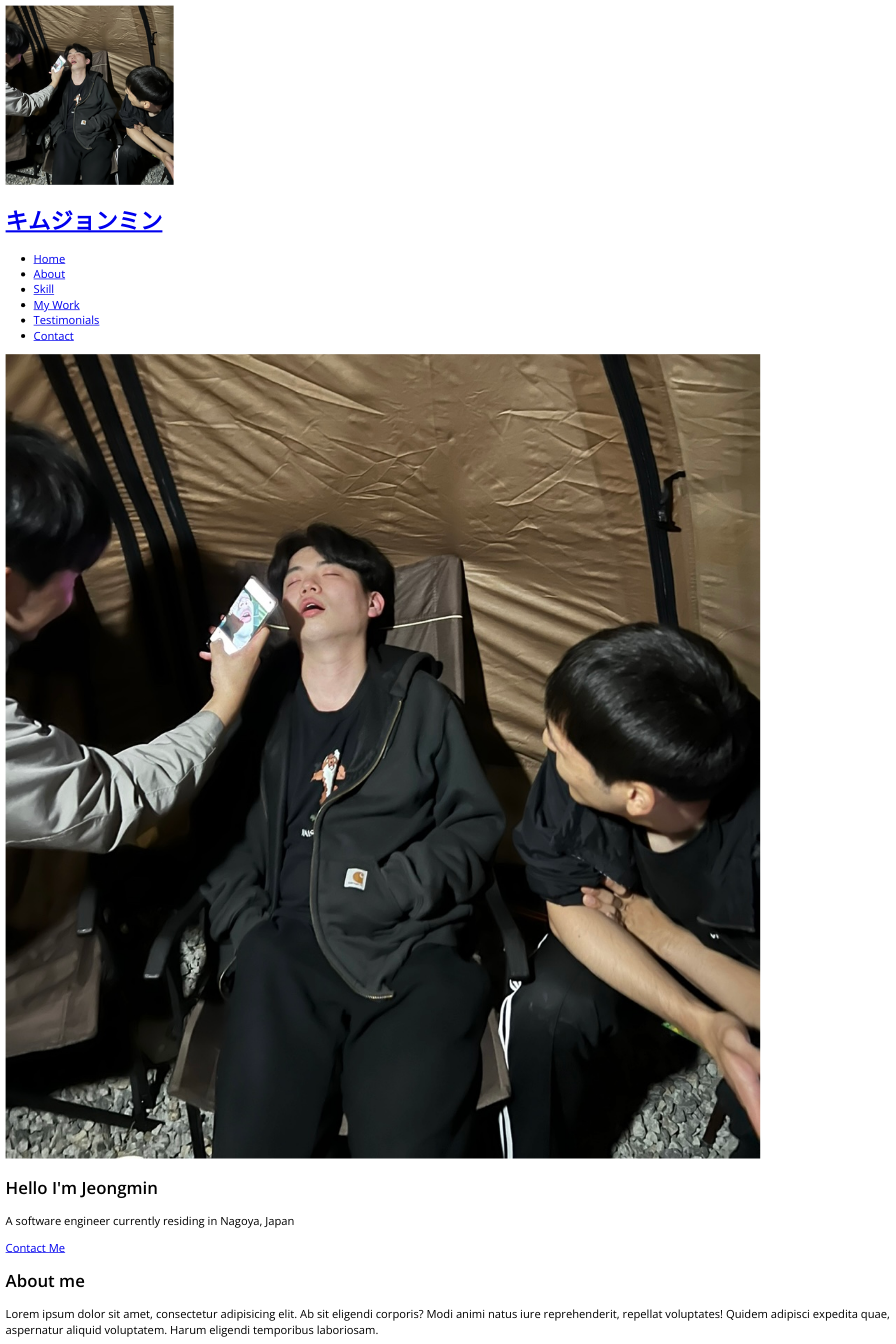
Repository: N1C0N1C0/Portfolio
Page: index.html
These files come from the project's save history. The page is drawn as it stood at one moment and after the next save; the edit follows.
The browser window is 1280 px wide. The pictures show the part of the page from y = 0 to 1920 px (the page is 7602 px tall before and 6324 px after), at 70% of full size.
Some web libraries are served in a nearby version.

Above is the page before, as saved 2023-12-13 23:15:47.

### index.html
<!DOCTYPE html>
<html lang="jp">
<head>
    <meta charset="UTF-8">
    <meta name="viewport" content="width=device-width, initial-scale=1.0">
    <!-- SEO -->
    <title>My&#39s Portfolio</title>
    <meta
        name="description"
        content="Portfolio for job change"
    />
    <meta
        name="author" content="KimJeongmin"
    />
    <link rel="shortcut icon" href="images/favicon.ico" type="image/x-icon">
    <!-- OG(OPEN Graph Data) -->
    <meta property="og:title" content="Portfolio"/>
    <meta property="og:type" content="website"/>
    <meta property="og:url" content="URL generated after deployment"/>
    <meta property="og:image" content="Image URL created after deployment"/>
    <!-- Google Fonts -->
    <link rel="preconnect" href="https://fonts.googleapis.com">
    <link rel="preconnect" href="https://fonts.gstatic.com" crossorigin>
    <link href="https://fonts.googleapis.com/css2?family=Noto+Sans+JP:wght@300;400;500&family=Open+Sans:wght@400;600&display=swap" rel="stylesheet">
    <!-- Font Awesome -->
    <script src="https://kit.fontawesome.com/04742e9fab.js" crossorigin="anonymous"></script>
    <!-- CSS -->
    <link rel="stylesheet" href="css/style.css">
    <!-- Javascript -->
    <script src="src/main.js" defer></script>
</head>
<body>
    <!-- Header -->
    <header>
        <div>
            <img src="images/favicon.ico" alt="logo" />
            <h1><a href="#">キムジョンミン</a></h1>
        </div>
        <nav>
            <ul>
                <li><a href="#home">Home</a></li>
                <li><a href="#about">About</a></li>
                <li><a href="#skills">Skill</a></li>
                <li><a href="#work">My Work</a></li>
                <li><a href="#testimonials">Testimonials</a></li>
                <li><a href="#contact">Contact</a></li>
            </ul>
        </nav>
    </header>
    <!-- Main -->
    <main>
        <!-- Home -->
        <section id="home">
            <img src="images/profile.JPG" alt="profile">
            <h2>Hello I&#39;m Jeongmin</h2>
            <p>A software engineer currently residing in Nagoya, Japan</p>
            <a href="#contact">Contact Me</a>
        </section>
        <!-- About -->
        <section id="about">
            <h2>About me</h2>
            <p>
                Lorem ipsum dolor sit amet, consectetur adipisicing elit. Ab sit eligendi corporis? Modi animi natus iure reprehenderit, repellat voluptates! Quidem adipisci expedita quae, aspernatur aliquid voluptatem. Harum eligendi temporibus laboriosam.
            </p>
            <ul>
                <li>
                    <i class="fa-brands fa-html5"></i>
                    <p>Front-end</p>
                    <p>HTML, CSS, JavaScript, TypeScript, React, Vue, Web APIs</p>
                </li>
                <li>
                    <i class="fa-solid fa-mobile"></i>
                    <p>Mobile</p>
                    <p>Android, iOS, Swift, Java, Kotlin</p>
                </li>
                <li>
                    <i class="fa-solid fa-server"></i>
                    <p>Back-end</p>
                    <p>Java, Javascript, NodeJs, Rest APIs</p>
                </li>
            </ul>
            <ul>
                <li>
                    <img src="images/sis_image.png" alt="株式 SIS">
                    <div>
                        <p>SIS as Software Engineer</p>
                        <p>2023 Dec - Until now</p>
                    </div>
                </li>
            </ul>
        </section>
        <!-- Skills -->
        <section id="skills">
            <h2>My Skills</h2>
            <p>Skills & Attributes</p>
            <p>
                Lorem ipsum dolor sit amet consectetur adipisicing elit. Beatae sit, porro nesciunt fuga dolores nemo unde labore quaerat! Sapiente quis aspernatur perferendis veritatis quidem     pariatur temporibus provident molestiae assumenda quo?
            </p>
            <div>
                <section>
                    <h3>Coding Skills</h3>
                    <ul>
                        <li>
                            <div><span>HTML</span><span>98%</span></div>
                            <div><div style="width: 98%"></div></div>
                        </li>
                        <li>
                            <div><span>CSS</span><span>98%</span></div>
                            <div><div style="width: 98%"></div></div>
                        </li>
                        <li>
                            <div><span>JavaScript</span><span>98%</span></div>
                            <div><div style="width: 98%"></div></div>
                        </li>
                        <li>
                            <div><span>TypeScript</span><span>98%</span></div>
                            <div><div style="width: 98%"></div></div>
                        </li>
                        <li>
                            <div><span>React</span><span>98%</span></div>
                            <div><div style="width: 98%"></div></div>
                        </li>
                        <li>
                            <div><span>Java</span><span>68%</span></div>
                            <div><div style="width: 68%"></div></div>
                        </li>
                    </ul>
                </section>
                <section>
                    <h3>Tools</h3>
                    <ul>
                        <li>Visual Studio Code</li>
                        <li>IntelliJ</li>
                        <li>Eclipse</li>
                        <li>SpringToolSuite4</li>
                    </ul>
                </section>
                <section>
                    <h3>Etc</h3>
                    <ul>
                        <li>Git</li>
                        <li>Post Man</li>
                        <li>Math</li>
                    </ul>
                </section>
            </div>
        </section>
        <!-- Work -->
        <section id="work">
            <h2>My work</h2>
            <p>Projects</p>
            <ul>
                <li><button>All <span>8</span></button></li>
                <li><button>Front-end <span>3</span></button></li>
                <li><button>back-end <span>3</span></button></li>
                <li><button>Mobile <span>2</span></button></li>
            </ul>
            <ul>
                <li><a href="#" target="_blank">
                    <img src="images/ncs_image.gif" alt="profile1">
                    <div>
                        <h3>Project #1</h3>
                        <p>Clone Coding with HTML, CSS</p>
                    </div>
                </a></li>
                <li><a href="#" target="_blank">
                    <img src="images/ncs_image.gif" alt="profile2">
                    <div>
                        <h3>Project #2</h3>
                        <p>Clone Coding with HTML, CSS</p>
                    </div>
                </a></li>
                <li><a href="#" target="_blank">
                    <img src="images/ncs_image.gif" alt="profile3">
                    <div>
                        <h3>Project #3</h3>
                        <p>Clone Coding with HTML, CSS</p>
                    </div>
                </a></li>
                <li><a href="#" target="_blank">
                    <img src="images/ncs_image.gif" alt="profile4">
                    <div>
                        <h3>Project #4</h3>
                        <p>Clone Coding with HTML, CSS</p>
                    </div>
                </a></li>
                <li><a href="#" target="_blank">
                    <img src="images/ncs_image.gif" alt="profile5">
                    <div>
                        <h3>Project #5</h3>
                        <p>Clone Coding with HTML, CSS</p>
                    </div>
                </a></li>
                <li><a href="#" target="_blank">
                    <img src="images/ncs_image.gif" alt="profile6">
                    <div>
                        <h3>Project #6</h3>
                        <p>Clone Coding with HTML, CSS</p>
                    </div>
                </a></li>
                <li><a href="#" target="_blank">
                    <img src="images/ncs_image.gif" alt="profile7">
                    <div>
                        <h3>Project #7</h3>
                        <p>Clone Coding with HTML, CSS</p>
                    </div>
                </a></li>
                <li><a href="#" target="_blank">
                    <img src="images/ncs_image.gif" alt="profile8">
                    <div>
                        <h3>Project #8</h3>
                        <p>Clone Coding with HTML, CSS</p>
                    </div>
                </a></li>
            </ul>
        </section>
        <!-- Testimonials -->
        <section id="testimonials">
            <h2>Testimonial</h2>
            <p>See what they say about me</p>
            <ul>
                <li>
                    <img src="images/favicon.ico" alt="">
                    <div>
                        <p>Lorem ipsum dolor sit amet, consectetur adipisicing elit. Nesciunt modi iusto veniam commodi reiciendis ullam optio, delectus cum pariatur ea magnam accusamus dolor sequi praesentium aliquid laudantium non quae eligendi.</p>
                        <p><a href="#">James Kim</a> / Google</p>
                    </div>
                </li>
                <li>
                    <img src="images/favicon.ico" alt="">
                    <div>
                        <p>Lorem ipsum dolor sit amet, consectetur adipisicing elit. Nesciunt modi iusto veniam commodi reiciendis ullam optio, delectus cum pariatur ea magnam accusamus dolor sequi praesentium aliquid laudantium non quae eligendi.</p>
                        <p><a href="#">James Kim</a> / Google</p>
                    </div>
                </li>
                <li>
                    <img src="images/favicon.ico" alt="">
                    <div>
                        <p>Lorem ipsum dolor sit amet, consectetur adipisicing elit. Nesciunt modi iusto veniam commodi reiciendis ullam optio, delectus cum pariatur ea magnam accusamus dolor sequi praesentium aliquid laudantium non quae eligendi.</p>
                        <p><a href="#">James Kim</a> / Google</p>
                    </div>
                </li>
            </ul>
        </section>
        <!-- Arrow up -->
        <aside>
            <a href="#home" title="back to top">
                <i class="fa-solid fa-arrow-up"></i>
            </a>
        </aside>
    </main>
    <!-- Footer -->
    <footer id="contact">
        <h2>Let&#39;s talk</h2>
        <p>dothd8775@gmail.com</p>
        <ul>
            <li>
                <a href="https//github.com/" target="_blank" title="my github link">
                    <i class="fa-brands fa-github"></i>
                </a>
            </li>
            <li>
                <a href="https//github.com/" target="_blank" title="my kinkedin link">
                    <i class="fa-brands fa-linkedin"></i>
                </a>
            </li>
        </ul>
        <p>©️kimujeongmin</p>
    </footer>
</body>
</html>

### css/style.css
/* Global */
:root {
    /* Colors */
    --color-white : #ffffff;
    --color-black : #050a13;
    --color-blue : #03e8f9;
    --color-orange : #fd6413;
    --color-gray : #1b1e26;
}

* {
    box-sizing: border-box;
}

body {
    font-family: 'Open Sans', sans-serif;
}

Loaded but not shown: src/main.js (no copy from this time; the picture is the same without it)

After the next save:
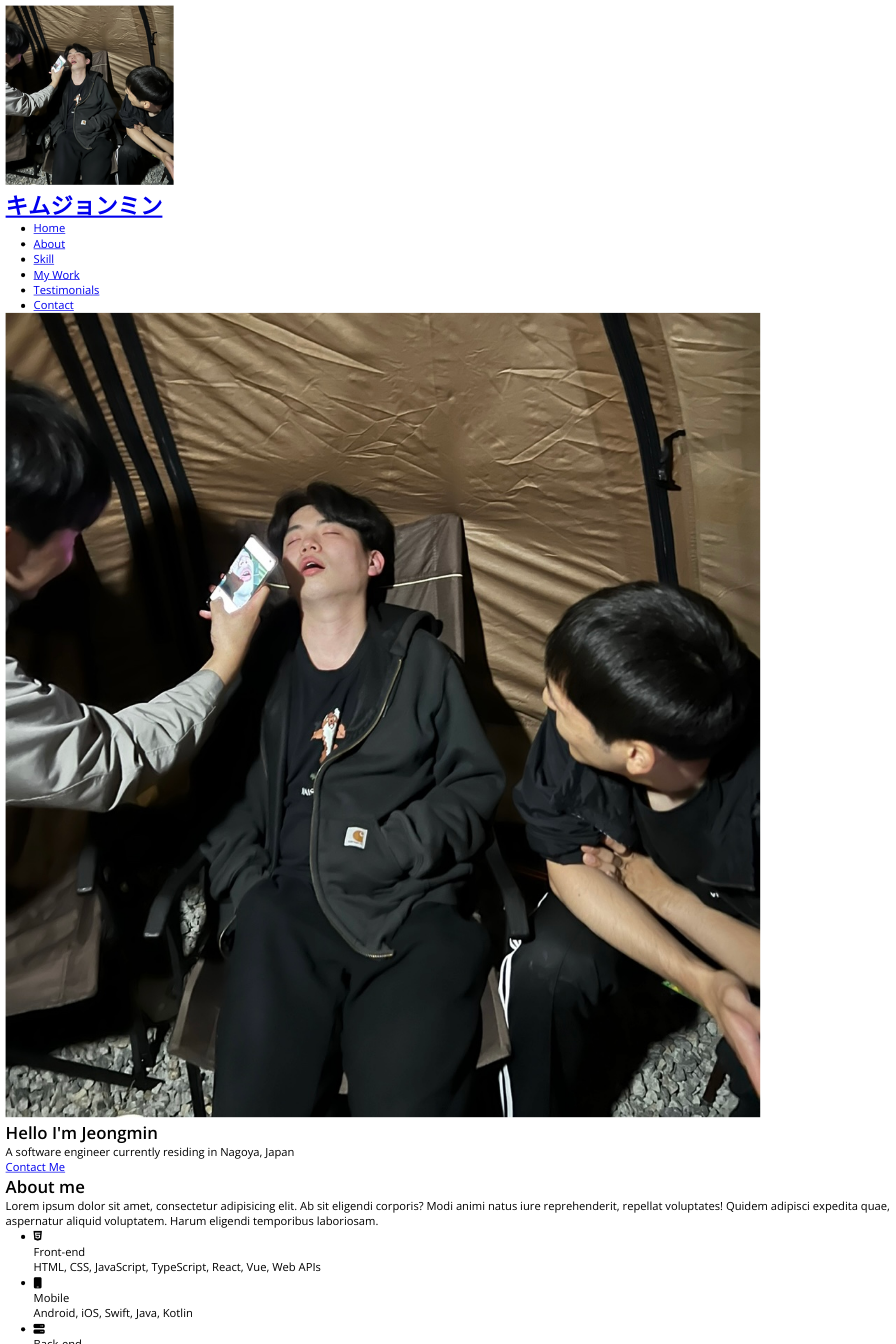
Saved 2 min 6 s later.
--- a/css/style.css
+++ b/css/style.css
@@ -15,3 +15,7 @@
 body {
     font-family: 'Open Sans', sans-serif;
 }
+
+h1, h2, h3, p, ul {
+    margin: 0;
+}
